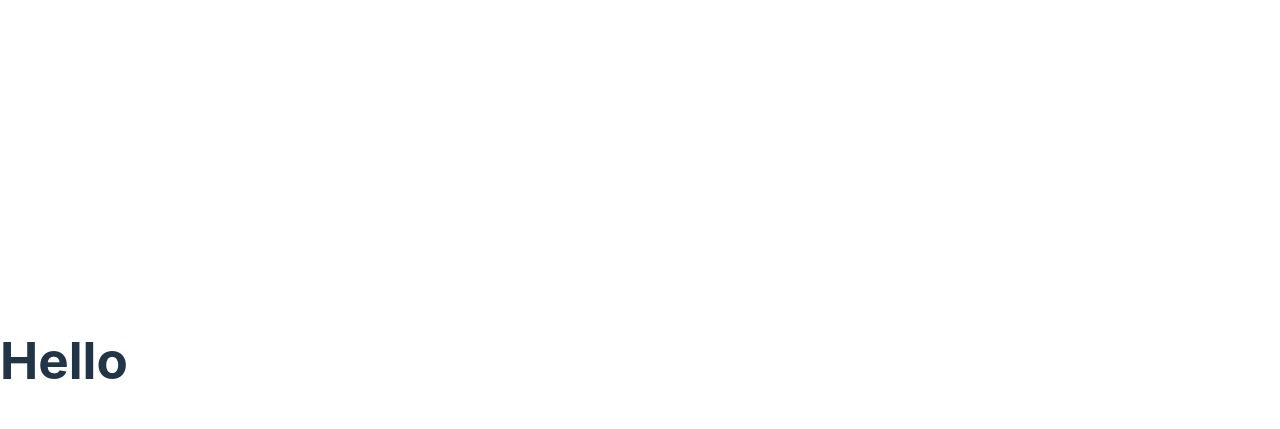
Repository: james-freitas/angelstore-inventory-react-vite
Page: /
These files come from the project's save history. The page is drawn as it stood at one moment and after the next save; the edit follows.
The browser window is 1280 px wide. The pictures show the whole page.
The project was rebuilt for these pictures with package versions that can differ from the ones it lists, and the page was loaded fresh each time. Also part of the build but not shown: vite.config.ts, src/App.css.

Above is the page before, as saved 2024-01-13 19:20:23.

After the next save:
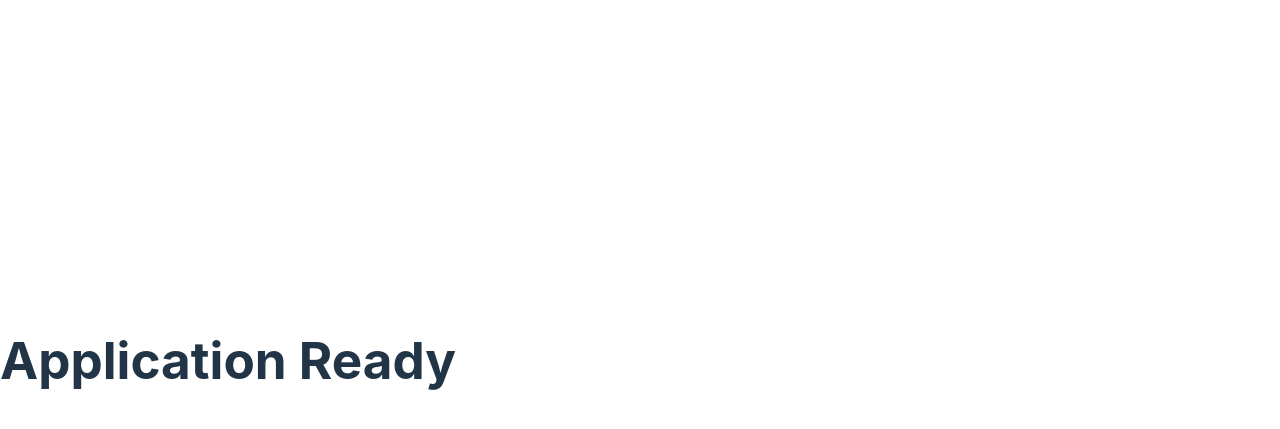
Saved 11 s later.
--- a/src/App.tsx
+++ b/src/App.tsx
@@ -5,7 +5,7 @@ function App() {
   const data = [];
 
   return (
-    <h1>Hello</h1>
+    <h1>Application Ready</h1>
   )
 }
 
